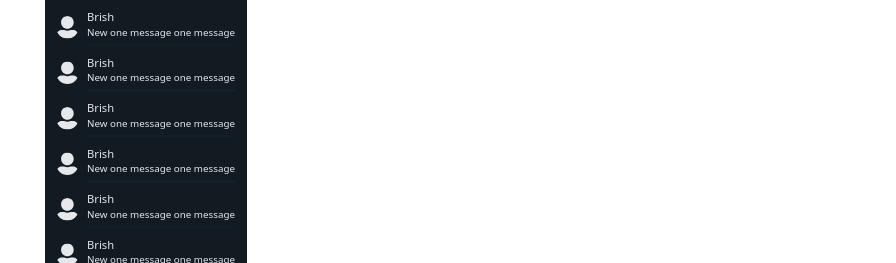
Repository: satya-ranjon/whatsapp-clone-dev
Page: /
An editor plug-in stored every save of this project. The page is shown before and after the next save, followed by the edit.
The browser window is 1280 px wide. The pictures show the part of the page from y = 371 to 2291 px (the page is 746 px tall before and 63486 px after), at 70% of full size.
The project was rebuilt for these pictures with package versions that can differ from the ones it lists, and the page was loaded fresh each time.

Above is the page before, as saved 2022-04-09 07:20:08.

### src/index.js
import * as ReactDOMClient from "react-dom/client";
import { BrowserRouter } from "react-router-dom";
import App from "./App";
import "./index.css";

const root = ReactDOMClient.createRoot(document.getElementById("root"));
root.render(
  <BrowserRouter>
    <App />
  </BrowserRouter>
);

### src/App.js
import SideBar from "./Components/SideBar";

function App() {
  return (
    <div className=" lg:px-16">
      <SideBar />
    </div>
  );
}

export default App;

### src/index.css
@tailwind base;
@tailwind components;
@tailwind utilities;

.hoverEf {
  overflow: hidden;
  right: -100%;
  transition: all 0.4s;
}

.hoverbtn:hover .hoverEf {
  right: -0%;
}

### src/Components/SideBar.jsx
import React from "react";
import { MdToll, MdMoreVert, MdMessage } from "react-icons/md";
import { FaUserAlt } from "react-icons/fa";
import SideBarUseList from "./SideBarUseList";

export default function SideBar() {
  return (
    <div className="w-72">
      <div className="flex justify-between font-semibold text-2xl px-5 py-3 bg-[#202c33] text-gray-200">
        <div>
          <FaUserAlt className="rounded-full w-8 h-8" />
          {/* <img
            className="rounded-full w-8 h-8 "
            src="https://images.pexels.com/photos/220453/pexels-photo-220453.jpeg?cs=srgb&dl=pexels-pixabay-220453.jpg&fm=jpg"
            alt=""
          /> */}
        </div>
        <div className="flex justify-between space-x-5 cursor-pointer my-auto">
          <MdToll />
          <MdMessage />
          <MdMoreVert />
        </div>
      </div>
      <SideBarUseList />
    </div>
  );
}

### src/Components/SideBarUseList.jsx
import React, { useState } from "react";
import { FaUserAlt } from "react-icons/fa";
import { BsChevronDown, BsArrowLeft } from "react-icons/bs";
import { AiOutlineSearch } from "react-icons/ai";

const array = [
  1, 1, 1, 1, 1, 1, 1, 1, 1, 1, 1, 1, 1, 1, 1, 1, 1, 1, 1, 1, 1, 1, 1, 1, 1, 1,
  1, 1, 1, 1, 1, 1, 1, 1, 1, 1, 1, 1, 1, 1, 1, 1, 1, 1, 1, 1, 1, 1, 1, 1, 1, 1,
  1, 1, 1, 1, 1, 1, 1, 1, 1, 1, 1, 1, 1, 1, 1, 1, 1,
];

export default function SideBarUseList() {
  const [toogle, setToogle] = useState(true);

  return (
    <>
      <div className="bg-[#111b21] flex justify-center p-3">
        <div
          className="pl-14 rounded-md w-full bg-[#202c33] relative"
          onClick={() => setToogle(true)}
          onMouseOut={() => setToogle(false)}
        >
          <input
            type="text"
            id="search"
            className="bg-[#202c33]  p-1 outline-none text-gray-300  "
          />
          <label
            htmlFor="search"
            className="absolute left-3 bottom-2 text-gray-300 my-auto"
          >
            {(toogle && (
              <BsArrowLeft className="text-green-400 font-semibold" />
            )) || <AiOutlineSearch />}
          </label>
        </div>
      </div>
      <div className="bg-[#111b21] overflow-y-scroll scroll-my-1 h-[88vh] scrollbar scrollbar-thumb-gray-400 scrollbar-thin text-gray-200 duration-500 transition-all">
        {array.map((i, index) => (
          <div
            key={index}
            className="px-4 py-3 pb-0 flex justify-start hover:bg-[#2a394294] cursor-pointer duration-500 transition-all relative hoverbtn overflow-hidden"
          >
            <div className="my-auto">
              <FaUserAlt className="w-8 h-8 rounded-full" />
            </div>
            <div className="flex flex-col my-auto w-full ml-3 border-b-[1px] border-b-gray-800 pb-2">
              <p>Brish</p>
              <p className="text-sm">New one message one message</p>
            </div>

            <div className=" absolute px-5 bg-[#2a3942a8] bottom-2 text-xl hoverEf">
              <BsChevronDown />
            </div>
          </div>
        ))}
      </div>
    </>
  );
}

### tailwind.config.js
module.exports = {
  content: ["./src/**/*.{js,jsx,ts,tsx}"],
  theme: {
    extend: {},
  },
  plugins: [require("tailwind-scrollbar")],
};

Loaded but not shown: public/index.html (common file)

After the next save:
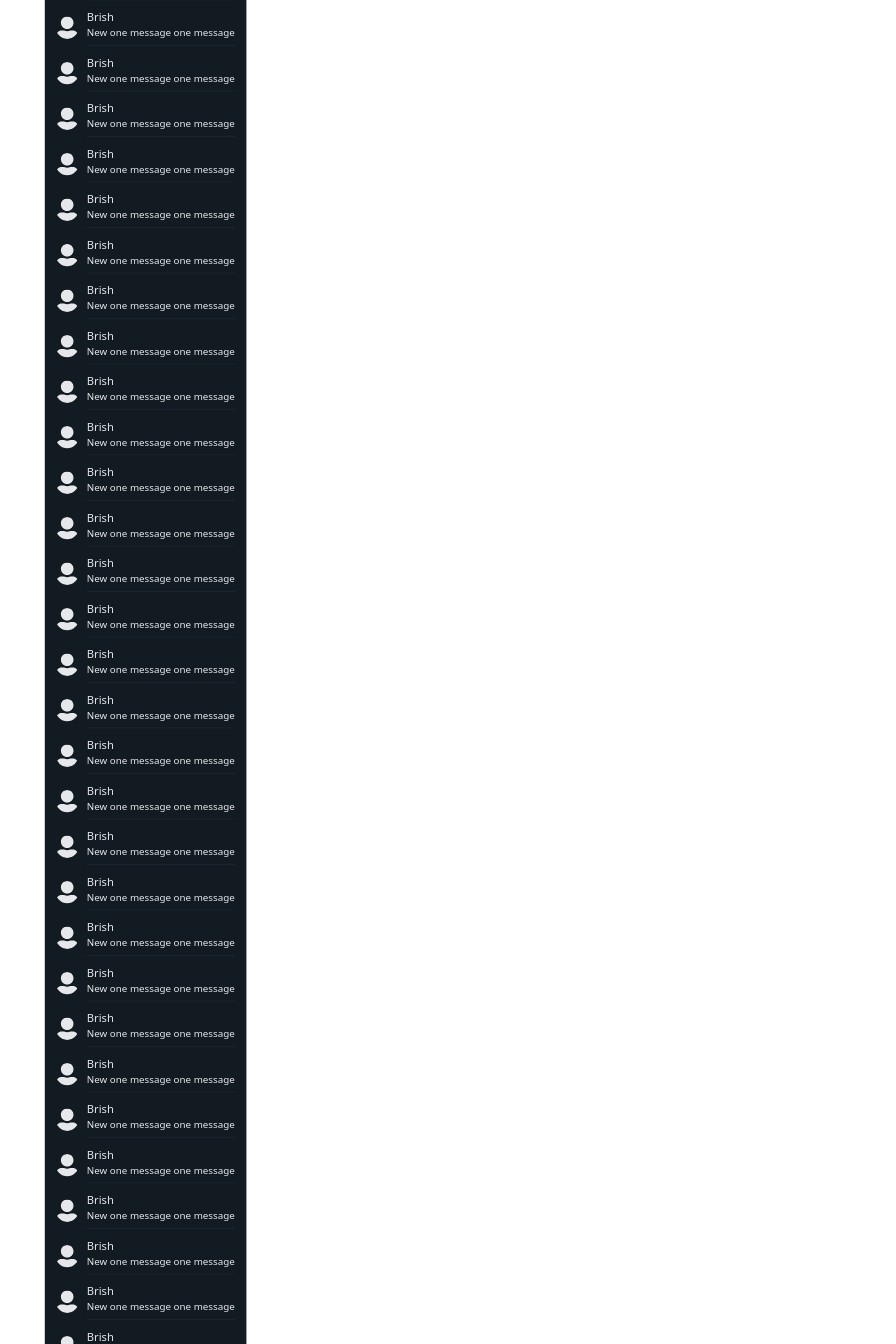
Saved 9 s later.
--- a/src/Components/SideBarUseList.jsx
+++ b/src/Components/SideBarUseList.jsx
@@ -35,7 +35,7 @@
           </label>
         </div>
       </div>
-      <div className="bg-[#111b21] overflow-y-scroll scroll-my-1 h-[88vh] scrollbar scrollbar-thumb-gray-400 scrollbar-thin text-gray-200 duration-500 transition-all">
+      <div className="bg-[#111b21] overflow-y-scroll scroll-my-1 h-[8802vh] scrollbar scrollbar-thumb-gray-400 scrollbar-thin text-gray-200 duration-500 transition-all">
         {array.map((i, index) => (
           <div
             key={index}

After the save that followed:
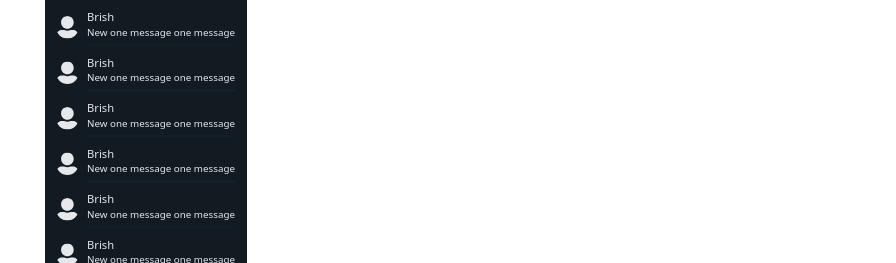
Saved 8 s later.
--- a/src/Components/SideBarUseList.jsx
+++ b/src/Components/SideBarUseList.jsx
@@ -35,7 +35,7 @@
           </label>
         </div>
       </div>
-      <div className="bg-[#111b21] overflow-y-scroll scroll-my-1 h-[8802vh] scrollbar scrollbar-thumb-gray-400 scrollbar-thin text-gray-200 duration-500 transition-all">
+      <div className="bg-[#111b21] overflow-y-scroll scroll-my-1 h-[88.1vh] scrollbar scrollbar-thumb-gray-400 scrollbar-thin text-gray-200 duration-500 transition-all">
         {array.map((i, index) => (
           <div
             key={index}
